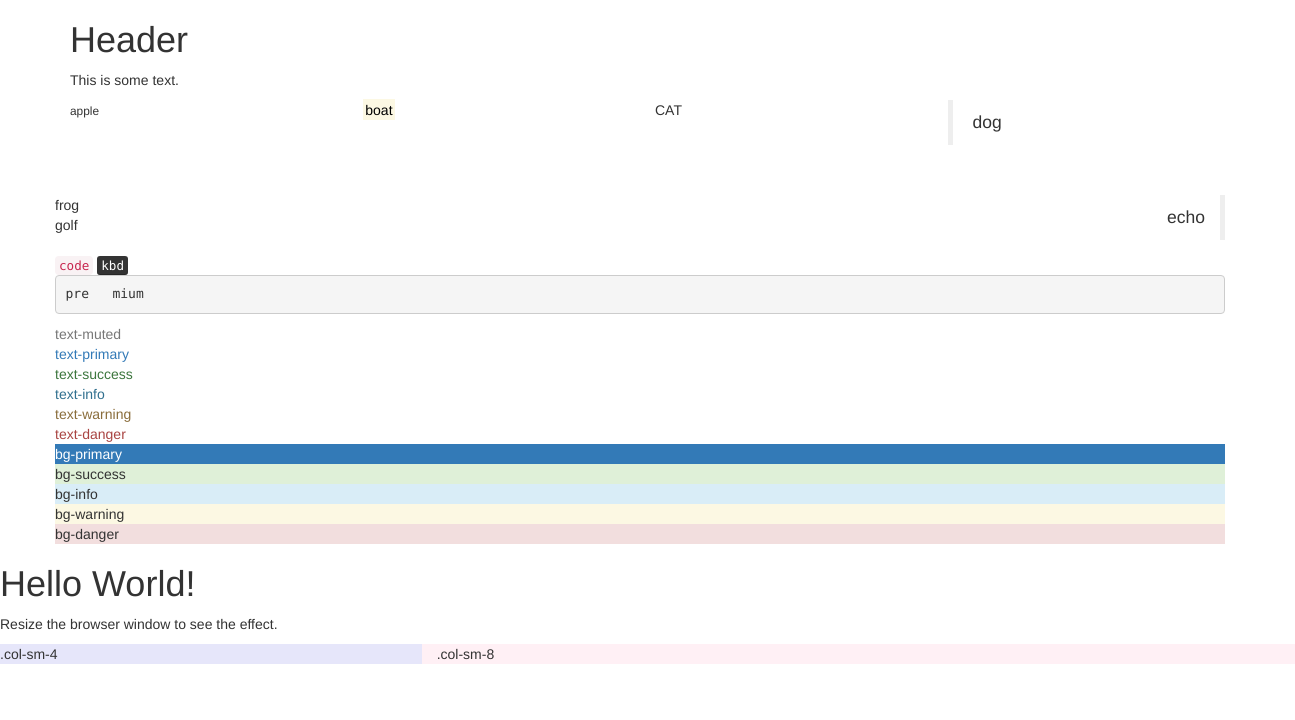
Repository: jksfoTemp/HTML5
Page: bootstrap/bootstrap1.html
The author's editor kept a record of every edit. The page is drawn from the files as they stood at one moment, then again after the next edit.
The browser window is 1280 px wide. The page is 1295 px wide, so the pictures cover 1295 px, including what lies to the right of the window. The pictures show the whole page.

Above is the page before.
Console error (its wording comes from the project's code and is left out).

### bootstrap/bootstrap1.html
<!DOCTYPE html>
<html lang="en">

<head>
    <title>Bootstrap1</title>
    <meta charset="utf-8">
    <meta name="viewport" content="width=device-width, initial-scale=1">

    <!-- Latest compiled and minified CSS -->
    <link rel="stylesheet" href="https://maxcdn.bootstrapcdn.com/bootstrap/3.3.2/css/bootstrap.min.css">

    <!-- Optional theme -->
    <link rel="stylesheet" href="https://maxcdn.bootstrapcdn.com/bootstrap/3.3.2/css/bootstrap-theme.min.css">

    <!-- Latest compiled and minified JavaScript -->
    <script src="https://maxcdn.bootstrapcdn.com/bootstrap/3.3.2/js/bootstrap.min.js"></script>

</head>

<body>
    <div class="container">
        <h1>Header</h1>
        <p>This is some text.</p>

        <div class="row">
            <div class="col-sm-3" style=""><small>apple</small></div>
            <div class="col-sm-3"><mark>boat</mark></div>
            <div class="col-sm-3"><abbr>CAT</abbr></div>
            <div class="col-sm-3"><blockquote>dog</blockquote> </div>
            &nbsp;
            <p />
        </div>
        <div class="row">
            <blockquote class="pull-right">echo</blockquote>
            <blockquote-reverse>frog</blockquote-reverse>
            <dl>golf</dl>
            <code>code</code>
            <kbd>kbd</kbd>
            <pre>pre   mium</pre>
            <div class="text-muted">text-muted</div>
            <div class="text-primary">text-primary</div>
            <div class="text-success">text-success</div>
            <div class="text-info">text-info</div>
            <div class="text-warning">text-warning</div>
            <div class="text-danger">text-danger</div>

            <div class="bg-primary">bg-primary</div>
            <div class="bg-success">bg-success</div>
            <div class="bg-info">bg-info</div>
            <div class="bg-warning">bg-warning</div>
            <div class="bg-danger">bg-danger</div>


        </div>
    </div>

  <h1>Hello World!</h1>
  <p>Resize the browser window to see the effect.</p>
  <div class="row">
    <div class="col-sm-4" style="background-color:lavender;">.col-sm-4</div>
    <div class="col-sm-8" style="background-color:lavenderblush;">.col-sm-8</div>
  </div>

</body>

</html>

After the next edit:
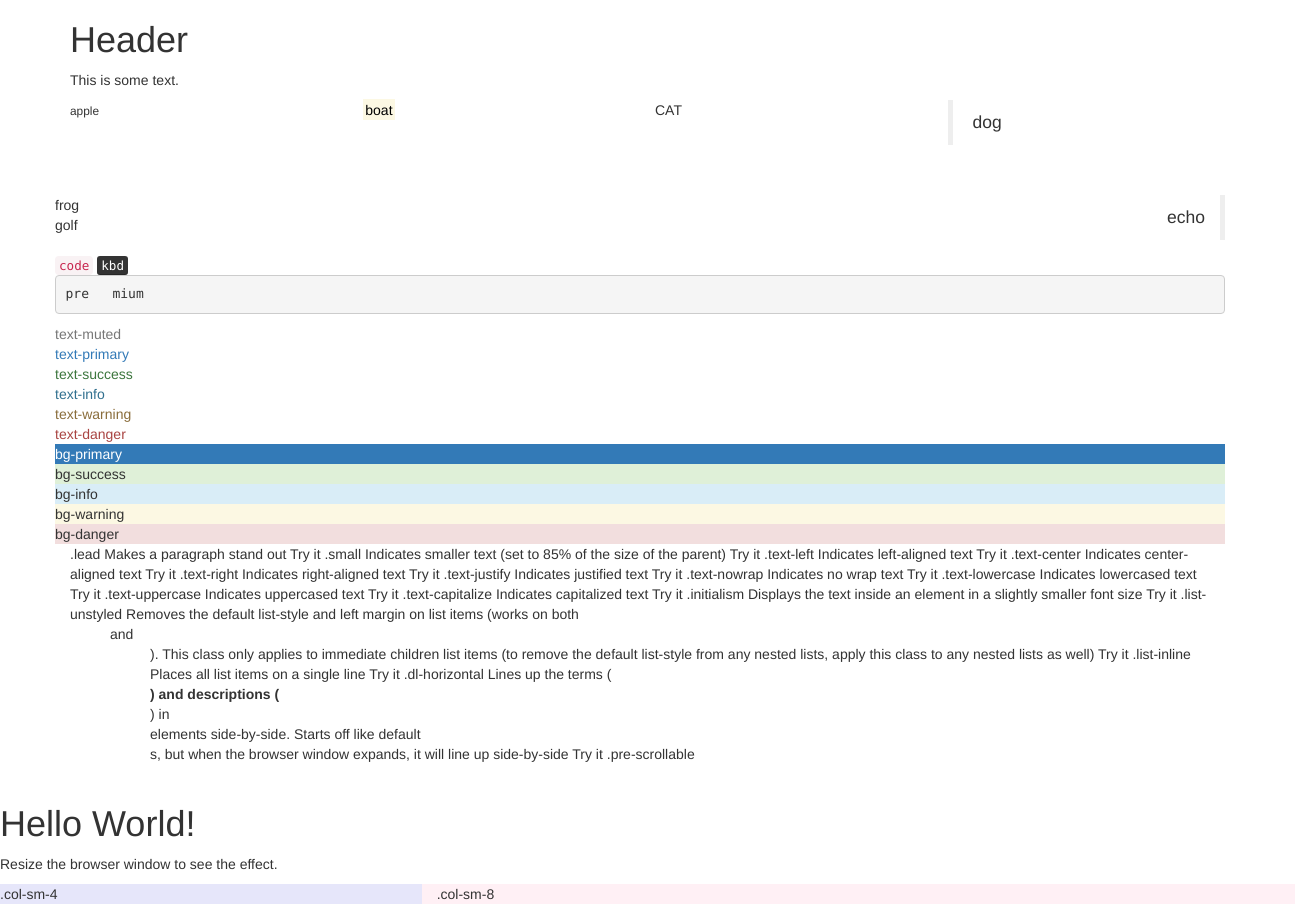
The edit:
--- a/bootstrap/bootstrap1.html
+++ b/bootstrap/bootstrap1.html
@@ -52,6 +52,23 @@
 
 
         </div>
+
+        .lead	Makes a paragraph stand out	Try it
+.small	Indicates smaller text (set to 85% of the size of the parent)	Try it
+.text-left	Indicates left-aligned text	Try it
+.text-center	Indicates center-aligned text	Try it
+.text-right	Indicates right-aligned text	Try it
+.text-justify	Indicates justified text	Try it
+.text-nowrap	Indicates no wrap text	Try it
+.text-lowercase	Indicates lowercased text	Try it
+.text-uppercase	Indicates uppercased text	Try it
+.text-capitalize	Indicates capitalized text	Try it
+.initialism	Displays the text inside an <abbr> element in a slightly smaller font size	Try it
+.list-unstyled	Removes the default list-style and left margin on list items (works on both <ul> and <ol>). This class only applies to immediate children list items (to remove the default list-style from any nested lists, apply this class to any nested lists as well)	Try it
+.list-inline	Places all list items on a single line	Try it
+.dl-horizontal	Lines up the terms (<dt>) and descriptions (<dd>) in <dl> elements side-by-side. Starts off like default <dl>s, but when the browser window expands, it will line up side-by-side	Try it
+.pre-scrollable
+
     </div>
 
   <h1>Hello World!</h1>
